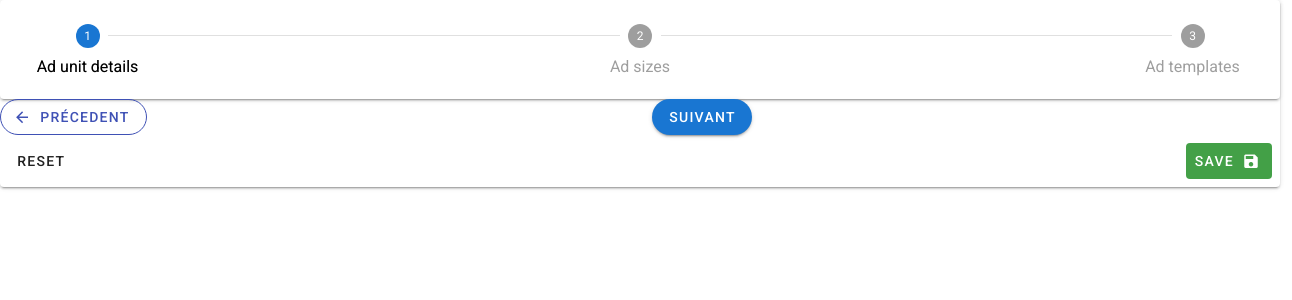
Repository: SidneyHodieb/myc
Page: /addsource
An editor plug-in stored every save of this project. The page is shown before and after the next save, followed by the edit.
The browser window is 1280 px wide. The page is 1292 px wide, then 1280 px, so the pictures cover 1292 px, including what lies to the right of the window. The pictures show the whole page.
The project was rebuilt for these pictures with package versions that can differ from the ones it lists, and the page was loaded fresh each time. Also part of the build but not shown: vue.config.js, src/views/Home.vue, src/views/addSource/components/format.vue, src/views/addSource/components/card.vue, src/views/addSource/components/trigger.vue.

Above is the page before, as saved 2021-04-03 17:58:22.

After the next save:
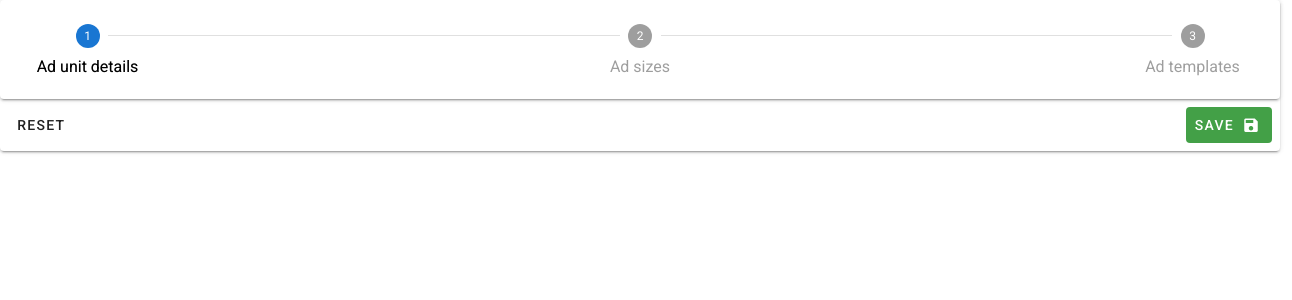
Saved 23 s later.
--- a/src/views/addSource/column.vue
+++ b/src/views/addSource/column.vue
@@ -26,7 +26,7 @@
         <!--Footer  -->
 
 
-      <v-row class="">
+      <!-- <v-row class="">
         <v-col>
           <v-btn
       rounded
@@ -48,7 +48,7 @@
       Suivant
     </v-btn>
         </v-col>
-      </v-row>
+      </v-row> -->
 
 <v-card-actions>
       <v-btn
